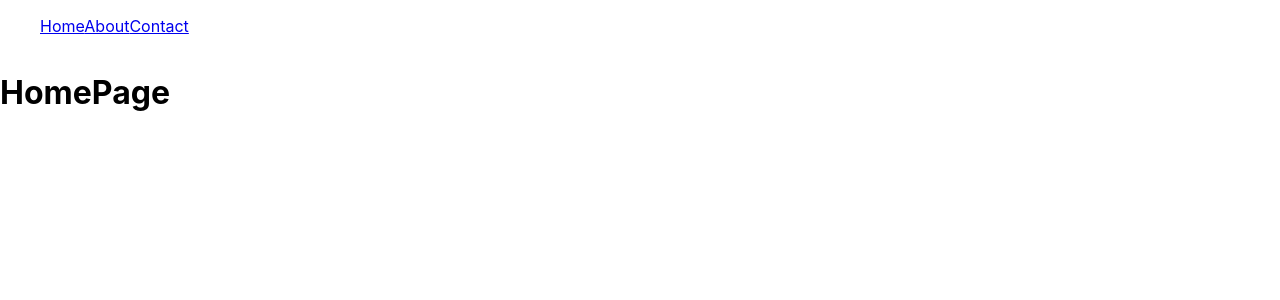
Repository: Toydrum/React-HectorCoronado
Page: /
The author's editor kept a copy of each file at every save. The page is drawn from the files as they stood at one save, then again after the next save.
The browser window is 1280 px wide. The pictures show the whole page.
The page's requests for data from a server got no answer. The project was rebuilt for these pictures with package versions that can differ from the ones it lists, and the page was loaded fresh each time. No one was signed in, and anything a server would have sent is missing. Also part of the build but not shown: src/components/CardUser/CardUser.jsx, src/pages/ContactPage/ContactPage.jsx, src/pages/AboutPage/AboutPage.jsx, src/pages/DetailPage/DetailPage.jsx.

Above is the page before, as saved 2023-06-17 06:55:16.

After the next save:
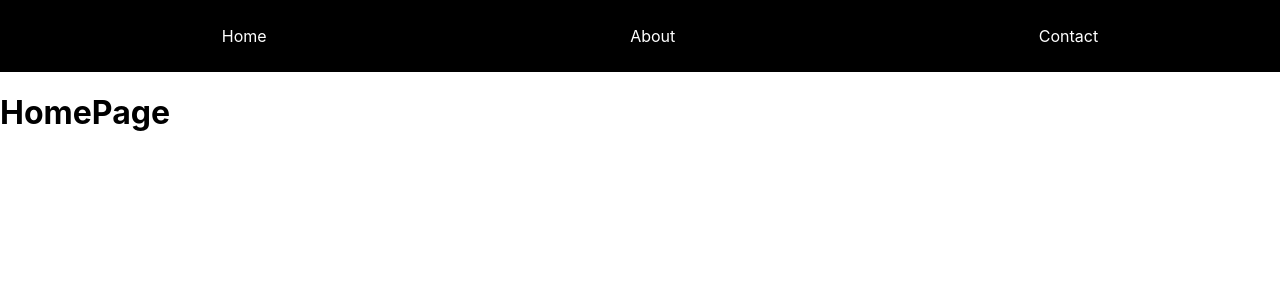
Saved 45 s later.
--- a/src/components/Navbar/Navbar.css
+++ b/src/components/Navbar/Navbar.css
@@ -1,16 +1,21 @@
-/* img {
-height: auto;
-width: auto;
-
-} */
-
-.link{
-  text-decoration: none;
-  color: black;
-
+.nav-container {
+  background-color: black;
+  height: 10vh;
+  display: flex;
+  width: 100%;
+  justify-content: space-around;
+  align-items: center;
 }
 
-.catLogo{
-  height: 50px;
-  width: 50px;
+.nav-ul {
+  display: flex;
+  width: 100%;
+  justify-content: space-around;
+  align-items: center;
 }
+
+.li {
+  color: white;
+  list-style-type: none;
+  text-decoration: none;
+}
